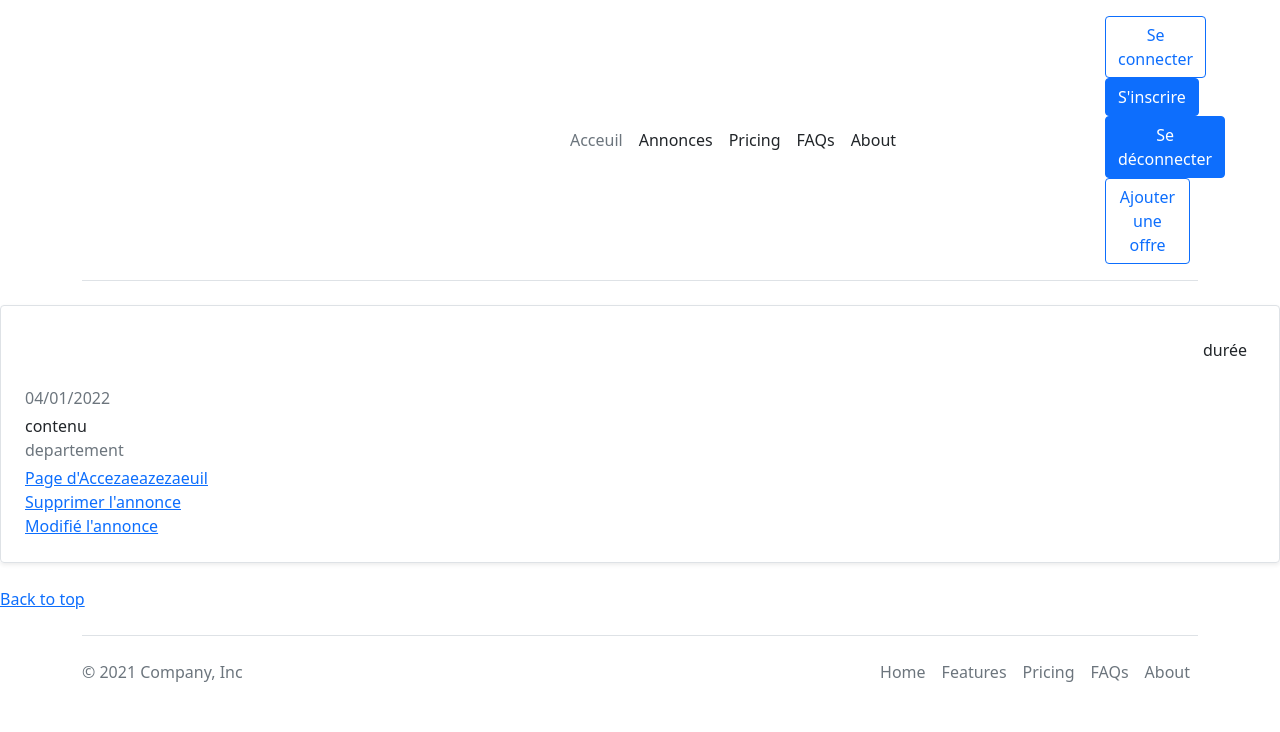
Repository: Xora123/Pole-emploi-Symfony
Page: templates/post/index.html.twig
These files come from the project's save history. The page is drawn as it stood at one moment and after the next save; the edit follows.
The browser window is 1280 px wide. The pictures show the whole page.
Some web libraries are served in a nearby version. The page is a Twig template of a Symfony application; nobody is signed in and links lead nowhere. The template is opened directly, without the code that normally fills it, so the values that code supplies are empty.

Above is the page before, as saved 2022-04-04 09:39:00.

After the next save:
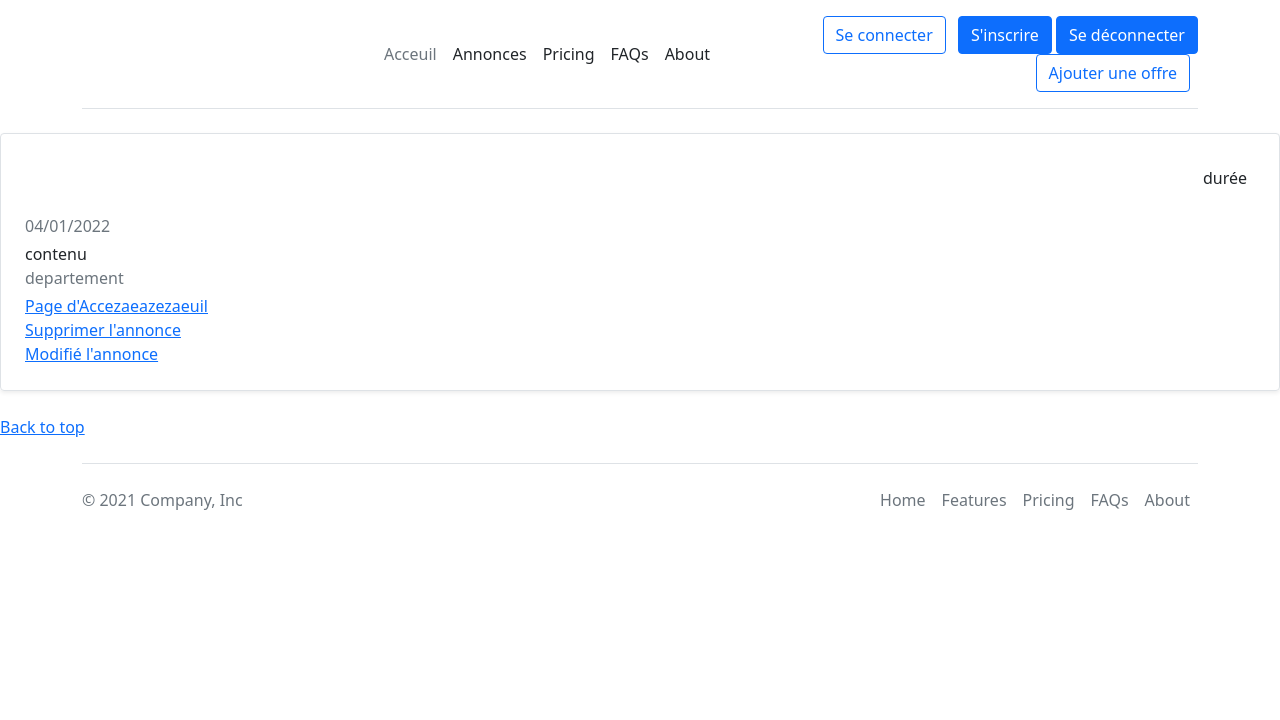
Saved 6 s later.
--- a/templates/includes/navbar.html.twig
+++ b/templates/includes/navbar.html.twig
@@ -27,7 +27,7 @@
 			</li>
 		</ul>
 
-		<div class="col-md-1 text-end">
+		<div class="col-md-5 text-end">
 			<a type="button" class="btn btn-outline-primary me-2" href = "{{ path('app_login') }}" >Se connecter</a>
 			<a type="button" class="btn btn-primary" href="{{ path('app_register') }} " >S'inscrire</a>
 			<a type="button" class="btn btn-primary" href="{{ path('app_logout') }} " >Se déconnecter</a>
